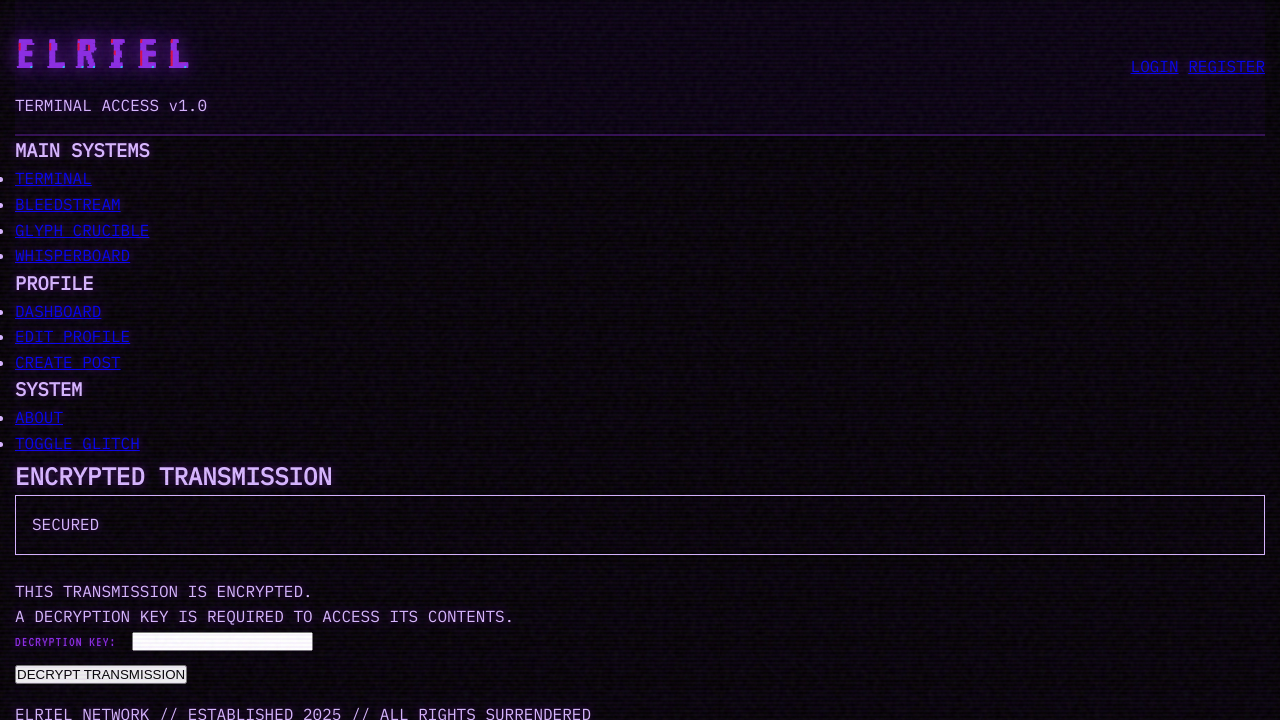
Repository: numbpill3d/elriel_1.0-forum
Page: views/feed/encrypted-post.html
These files come from the project's save history. The page is drawn as it stood at one moment and after the next save; the edit follows.
The browser window is 1280 px wide. The pictures show the whole page.
An inner scrolling area shows only its first screen. Some web fonts or font styles are not loaded; a fallback is used.

Above is the page before, as saved 2025-05-09 05:11:46.

### views/feed/encrypted-post.html
<!DOCTYPE html>
<html lang="en">
<head>
  <meta charset="UTF-8">
  <meta name="viewport" content="width=device-width, initial-scale=1.0">
  <title>ENCRYPTED POST | ELRIEL</title>
  <link rel="stylesheet" href="/css/main.css">
  <link rel="stylesheet" href="/css/glitch.css">
  <link rel="stylesheet" href="/css/feed.css">
  <script src="/js/glitch.js" defer></script>
</head>
<body class="terminal">
  <div class="noise-overlay"></div>
  <div class="scan-lines"></div>
  <div class="container">
    <header class="main-header">
      <div class="logo">
        <h1 class="glitch" data-text="ELRIEL">ELRIEL</h1>
        <div class="logo-subtitle">TERMINAL ACCESS v1.0</div>
      </div>
      <div class="user-panel">
        <div id="user-status">
          <!-- User status will be injected here -->
        </div>
      </div>
    </header>

    <div class="content-wrapper">
      <nav class="sidebar">
        <div class="nav-section">
          <h3 class="nav-title">MAIN SYSTEMS</h3>
          <ul class="nav-links">
            <li><a href="/">TERMINAL</a></li>
            <li><a href="/feed/bleedstream">BLEEDSTREAM</a></li>
            <li><a href="/glyph/crucible">GLYPH CRUCIBLE</a></li>
            <li><a href="/whisper/board">WHISPERBOARD</a></li>
          </ul>
        </div>
        <div class="nav-section">
          <h3 class="nav-title">PROFILE</h3>
          <ul class="nav-links">
            <li><a href="/profile">DASHBOARD</a></li>
            <li><a href="/profile/edit">EDIT PROFILE</a></li>
            <li><a href="/feed/new">CREATE POST</a></li>
          </ul>
        </div>
        <div class="nav-section">
          <h3 class="nav-title">SYSTEM</h3>
          <ul class="nav-links">
            <li><a href="/about">ABOUT</a></li>
            <li><a href="#" id="toggle-glitch">TOGGLE GLITCH</a></li>
          </ul>
        </div>
      </nav>

      <main class="main-content">
        <section class="encrypted-post-panel">
          <div class="panel-header">
            <h2>ENCRYPTED TRANSMISSION</h2>
            <div class="status-indicator alert">SECURED</div>
          </div>
          <div class="encrypted-post-content">
            <div class="section-title">THIS TRANSMISSION IS ENCRYPTED.</div>
            <div class="section-content">A DECRYPTION KEY IS REQUIRED TO ACCESS ITS CONTENTS.</div>

            <form id="decrypt-form">
              <div class="form-group">
                <label for="encryption-key">DECRYPTION KEY:</label>
                <input type="text" id="encryption-key" name="key" required>
              </div>
              <button type="submit">DECRYPT TRANSMISSION</button>
            </form>

            <div id="error-message" style="color: var(--terminal-red); margin-top: 1rem;"></div>
          </div>
        </section>
      </main>
    </div>

    <footer class="main-footer">
      <div class="footer-text">ELRIEL NETWORK // ESTABLISHED 2025 // ALL RIGHTS SURRENDERED</div>
      <div class="footer-glyphs">
        <span class="glyph">⌘</span>
        <span class="glyph">⍟</span>
        <span class="glyph">⎔</span>
      </div>
    </footer>
  </div>

  <script>
    // Inject data from server (only post ID is available here)
    const postId = '__POST_ID__';

    // Update user status in header (assuming user data is available globally or fetched)
    // This part might need adjustment based on how user session is handled on this specific page
    const userStatusEl = document.getElementById('user-status');
    // Placeholder for user status update - ideally, user data would be passed from the server
    userStatusEl.innerHTML = `
      <div class="logged-out">
        <a href="/auth/login" class="login-btn">LOGIN</a>
        <a href="/auth/register" class="register-btn">REGISTER</a>
      </div>
    `;

    // Handle decryption form submission
    document.getElementById('decrypt-form').addEventListener('submit', async (e) => {
      e.preventDefault();

      const encryptionKey = document.getElementById('encryption-key').value;
      const errorMessageEl = document.getElementById('error-message');
      errorMessageEl.textContent = '';

      try {
        const response = await fetch(`/feed/check-key/${postId}`, {
          method: 'POST',
          headers: {
            'Content-Type': 'application/json'
          },
          body: JSON.stringify({ key: encryptionKey })
        });

        const data = await response.json();

        if (data.success) {
          window.location.href = data.redirectUrl; // Redirect to the decrypted post
        } else {
          errorMessageEl.textContent = data.message || 'Decryption failed. Unknown error.';
        }
      } catch (error) {
        console.error('Decryption error:', error);
        errorMessageEl.textContent = 'System error. Could not connect to decryption server.';
      }
    });

    // Toggle glitch effects
    document.getElementById('toggle-glitch').addEventListener('click', function(e) {
      e.preventDefault();
      document.body.classList.toggle('glitch-active');
    });
  </script>
</body>
</html>

### public/css/glitch.css
/* Elriel - Glitch Effects CSS - Mystical Hacker Edition */
/* Styles for glitch and VHS-like effects */

/* Basic Glitch Effect for Text */
.glitch {
  position: relative;
  color: var(--terminal-green);
  text-shadow: 0 0 10px var(--glow-color);
  animation: glitch-skew 1s infinite linear alternate-reverse;
  font-family: var(--header-font);
}

.glitch::before,
.glitch::after {
  content: attr(data-text);
  position: absolute;
  top: 0;
  left: 0;
  width: 100%;
  height: 100%;
}

.glitch::before {
  left: 2px;
  text-shadow: -2px 0 rgba(255, 0, 0, 0.7);
  animation: glitch-anim-1 2s infinite linear alternate-reverse;
  clip-path: polygon(0 0, 100% 0, 100% 35%, 0 35%, 0 45%, 100% 45%, 100% 85%, 0 85%, 0 100%, 100% 100%);
}

.glitch::after {
  left: -2px;
  text-shadow: 2px 0 rgba(0, 255, 255, 0.7);
  animation: glitch-anim-2 2s infinite linear alternate-reverse;
  clip-path: polygon(0 15%, 100% 15%, 100% 30%, 0 30%, 0 65%, 100% 65%, 100% 80%, 0 80%);
}

@keyframes glitch-anim-1 {
  0% {
    transform: translate(0);
  }
  20% {
    transform: translate(-5px, 5px);
  }
  40% {
    transform: translate(-5px, -5px);
  }
  60% {
    transform: translate(5px, 5px);
  }
  80% {
    transform: translate(5px, -5px);
  }
  to {
    transform: translate(0);
  }
}

@keyframes glitch-anim-2 {
  0% {
    transform: translate(0);
  }
  20% {
    transform: translate(5px, 5px);
  }
  40% {
    transform: translate(5px, -5px);
  }
  60% {
    transform: translate(-5px, 5px);
  }
  80% {
    transform: translate(-5px, -5px);
  }
  to {
    transform: translate(0);
  }
}

@keyframes glitch-skew {
  0% {
    transform: skew(0deg);
  }
  10% {
    transform: skew(0deg);
  }
  11% {
    transform: skew(5deg);
  }
  12% {
    transform: skew(0deg);
  }
  20% {
    transform: skew(0deg);
  }
  21% {
    transform: skew(-5deg);
  }
  22% {
    transform: skew(0deg);
  }
  100% {
    transform: skew(0deg);
  }
}

/* Glitch Image */
.glitch-image {
  position: relative;
  width: 100%;
  height: 100%;
  overflow: hidden;
}

.glitch-image::before,
.glitch-image::after {
  content: '';
  position: absolute;
  top: 0;
  left: 0;
  width: 100%;
  height: 100%;
  background-size: cover;
  background-position: center;
  background-image: inherit;
  z-index: 1;
  opacity: 0.8;
  mix-blend-mode: hard-light;
}

.glitch-image::before {
  transform: translateX(-10px);
  animation: glitch-img-1 2.5s infinite linear alternate;
  clip-path: polygon(0 0, 100% 0, 100% 33%, 0 33%, 0 66%, 100% 66%, 100% 100%, 0 100%);
  background-color: rgba(255, 0, 0, 0.1);
}

.glitch-image::after {
  transform: translateX(10px);
  animation: glitch-img-2 3s infinite linear alternate-reverse;
  clip-path: polygon(0 33%, 100% 33%, 100% 66%, 0 66%);
  background-color: rgba(0, 255, 255, 0.1);
}

@keyframes glitch-img-1 {
  0% {
    transform: translateX(0);
    filter: brightness(1);
  }
  40% {
    transform: translateX(-10px);
    filter: brightness(1.1) contrast(1.2);
  }
  60% {
    transform: translateX(10px);
    filter: brightness(0.9) contrast(1.1);
  }
  100% {
    transform: translateX(0);
    filter: brightness(1);
  }
}

@keyframes glitch-img-2 {
  0% {
    transform: translateX(0);
    filter: brightness(1);
  }
  40% {
    transform: translateX(-8px);
    filter: brightness(1.2) contrast(0.8);
  }
  60% {
    transform: translateX(8px);
    filter: brightness(0.8) contrast(1.2);
  }
  100% {
    transform: translateX(0);
    filter: brightness(1);
  }
}

/* Enhanced VHS Effects */
.glitch-active .noise-overlay {
  opacity: 0.05;
  background-image: url("data:[embedded picture, 304 characters]");
  z-index: 1000;
}

.glitch-active .scan-lines {
  background: linear-gradient(
    to bottom,
    rgba(255, 0, 0, 0) 50%,
    rgba(255, 0, 0, 0.08) 50%
  );
  background-size: 100% 4px;
  z-index: 1001;
}

.glitch-active .terminal {
  animation: glitch-background 0.5s infinite;
}

@keyframes glitch-background {
  0% {
    background-color: var(--terminal-bg);
  }
  98.5% {
    background-color: var(--terminal-bg);
  }
  99% {
    background-color: rgba(50, 0, 0, 0.7);
  }
  100% {
    background-color: var(--terminal-bg);
  }
}

/* VHS Tracking Lines */
.glitch-active .main-content::before {
  content: '';
  position: absolute;
  top: 0;
  left: 0;
  width: 100%;
  height: 100%;
  background: linear-gradient(
    transparent 98%,
    rgba(255, 0, 0, 0.5) 99%,
    transparent 100%
  );
  animation: tracking-glitch 10s infinite;
  pointer-events: none;
  z-index: 99;
}

@keyframes tracking-glitch {
  0% {
    transform: translateY(0);
    opacity: 0;
  }
  10% {
    transform: translateY(0);
    opacity: 0;
  }
  10.5% {
    transform: translateY(-10px);
    opacity: 0.7;
  }
  12% {
    transform: translateY(50px);
    opacity: 0.5;
  }
  15% {
    transform: translateY(100vh);
    opacity: 0;
  }
  100% {
    transform: translateY(100vh);
    opacity: 0;
  }
}

/* Glitched text blur */
.glitch-active .panel-header h2,
.glitch-active .section-title,
.glitch-active .nav-title {
  animation: text-corrupt 3s infinite;
}

@keyframes text-corrupt {
  0%, 100% {
    transform: skew(0deg);
    letter-spacing: normal;
    text-shadow: 0 0 5px var(--glow-color);
  }
  25% {
    transform: skew(2deg);
    letter-spacing: 2px;
    text-shadow: -2px 0 5px var(--glow-color), 2px 2px 5px rgba(0, 200, 255, 0.5);
  }
  75% {
    transform: skew(-2deg);
    letter-spacing: -1px;
    text-shadow: 1px -1px 5px var(--glow-color), -1px 1px 5px rgba(255, 0, 255, 0.5);
  }
}

/* Color shift effect */
.glitch-active img,
.glitch-active .profile-view-avatar,
.glitch-active .forum-item,
.glitch-active .topic-item {
  animation: color-shift 8s infinite;
}

@keyframes color-shift {
  0%, 100% {
    filter: none;
  }
  30% {
    filter: hue-rotate(340deg) saturate(150%);
  }
  60% {
    filter: hue-rotate(20deg) saturate(90%);
  }
}

/* Occasional screen "jitter" */
.glitch-active .container {
  animation: jitter 15s infinite;
}

@keyframes jitter {
  0%, 100% {
    transform: translate(0, 0);
  }
  99% {
    transform: translate(0, 0);
  }
  99.5% {
    transform: translate(-10px, 5px);
  }
  99.6% {
    transform: translate(10px, -5px);
  }
  99.7% {
    transform: translate(-5px, -10px);
  }
  99.8% {
    transform: translate(0, 0);
  }
}

/* VHS pause effect */
.glitch-active .main-content::after {
  content: '';
  position: absolute;
  top: 0;
  left: 0;
  width: 100%;
  height: 3px;
  background-color: rgba(255, 255, 255, 0.5);
  opacity: 0;
  animation: vhs-pause 12s infinite;
  pointer-events: none;
  z-index: 100;
}

@keyframes vhs-pause {
  0%, 100% {
    opacity: 0;
    transform: translateY(-10px);
  }
  98% {
    opacity: 0;
    transform: translateY(-10px);
  }
  98.1% {
    opacity: 0.8;
    transform: translateY(40%);
  }
  98.5% {
    opacity: 0.8;
    transform: translateY(40%);
  }
  98.6% {
    opacity: 0;
    transform: translateY(40%);
  }
}

/* Digital distortion */
.digital-distort {
  animation: digital-distort 0.2s steps(2) infinite;
}

@keyframes digital-distort {
  0% {
    transform: translate(0);
  }
  25% {
    transform: translate(1px, -1px);
    opacity: 0.9;
  }
  50% {
    transform: translate(-1px, 1px);
    opacity: 1;
  }
  75% {
    transform: translate(1px, 1px);
    opacity: 0.9;
  }
  100% {
    transform: translate(0);
    opacity: 1;
  }
}

/* CRT power off effect */
.power-off {
  animation: power-off 1.5s forwards;
}

@keyframes power-off {
  0% {
    transform: scale(1);
    opacity: 1;
    filter: brightness(1);
  }
  40% {
    transform: scale(1.01);
    opacity: 1;
    filter: brightness(1.2) contrast(1.2);
  }
  75% {
    transform: scale(0.8);
    opacity: 0.8;
    filter: brightness(0.5) contrast(0.5);
  }
  100% {
    transform: scale(0.01);
    opacity: 0;
    filter: brightness(0) contrast(0);
  }
}

/* Magnetic interference */
.magnetic-interference {
  position: absolute;
  top: 0;
  left: 0;
  width: 100%;
  height: 100%;
  pointer-events: none;
  background: radial-gradient(
    circle at center,
    transparent 0%,
    rgba(255, 0, 0, 0.1) 40%,
    transparent 70%
  );
  opacity: 0;
  z-index: 500;
  mix-blend-mode: overlay;
  animation: magnetic-wave 10s infinite;
}

@keyframes magnetic-wave {
  0%, 100% {
    opacity: 0;
    transform: scale(0.5);
  }
  50% {
    opacity: 0;
    transform: scale(0.5);
  }
  51% {
    opacity: 0.7;
    transform: scale(0.5);
  }
  58% {
    opacity: 0.7;
    transform: scale(3);
  }
  65% {
    opacity: 0;
    transform: scale(3);
  }
}

/* Glitch blocks */
.glitch-block {
  position: absolute;
  background-color: rgba(255, 0, 0, 0.5);
  top: 0;
  left: 0;
  width: 10px;
  height: 10px;
  z-index: 1000;
  opacity: 0;
  mix-blend-mode: hard-light;
  animation: glitch-block 12s infinite;
}

.glitch-block:nth-child(2) {
  background-color: rgba(0, 255, 255, 0.5);
  animation-delay: 4s;
}

.glitch-block:nth-child(3) {
  background-color: rgba(255, 255, 0, 0.5);
  animation-delay: 8s;
}

@keyframes glitch-block {
  0%, 100% {
    opacity: 0;
    transform: translate(0, 0);
  }
  98.5% {
    opacity: 0;
    transform: translate(0, 0);
  }
  99% {
    opacity: 0.8;
    transform: translate(100px, 50px);
    width: 150px;
    height: 15px;
  }
  99.5% {
    opacity: 0;
    transform: translate(200px, 100px);
  }
}

/* Damaged tape effect */
.glitch-active .section-content::before {
  content: '';
  position: absolute;
  top: 0;
  left: 0;
  width: 100%;
  height: 100%;
  background: linear-gradient(
    90deg,
    transparent 0%,
    transparent 98%,
    rgba(255, 0, 0, 0.2) 98%,
    rgba(255, 0, 0, 0.2) 100%
  );
  background-size: 200% 100%;
  pointer-events: none;
  animation: damage-scroll 15s linear infinite;
  z-index: 2;
  opacity: 0.3;
}

@keyframes damage-scroll {
  0% {
    background-position: 200% 0;
  }
  100% {
    background-position: 0 0;
  }
}

/* Blood-like dripping effect for our red theme */
.blood-drip {
  position: relative;
  overflow: visible;
}

.blood-drip::after {
  content: '';
  position: absolute;
  top: 100%;
  left: calc(50% - 2px);
  width: 4px;
  height: 20px;
  background: linear-gradient(to bottom, var(--terminal-green), transparent);
  animation: blood-drip 4s infinite;
  z-index: 10;
}

@keyframes blood-drip {
  0% {
    height: 0;
    opacity: 0;
  }
  10% {
    height: 0;
    opacity: 1;
  }
  90% {
    height: 20px;
    opacity: 1;
  }
  100% {
    height: 20px;
    opacity: 0;
  }
}

/* Mystical flickering text */
.mystical-flicker {
  animation: mystical-flicker 3s infinite;
}

@keyframes mystical-flicker {
  0%, 100% {
    opacity: 1;
    text-shadow: 0 0 5px var(--glow-color);
  }
  25% {
    opacity: 0.8;
    text-shadow: 0 0 15px var(--glow-color);
  }
  26% {
    opacity: 1;
    text-shadow: 0 0 5px var(--glow-color);
  }
  29% {
    opacity: 0.9;
    text-shadow: 0 0 10px var(--glow-color);
  }
  30% {
    opacity: 1;
    text-shadow: 0 0 5px var(--glow-color);
  }
  80% {
    opacity: 1;
    text-shadow: 0 0 5px var(--glow-color);
  }
  85% {
    opacity: 0.8;
    text-shadow: 0 0 10px var(--glow-color);
  }
  87% {
    opacity: 1;
    text-shadow: 0 0 5px var(--glow-color);
  }
}

/* Bad reception static */
.static-overlay {
  position: fixed;
  top: 0;
  left: 0;
  width: 100%;
  height: 100%;
  background-image: url("data:[embedded picture, 292 characters]");
  pointer-events: none;
  opacity: 0;
  z-index: 1050;
  mix-blend-mode: overlay;
}

.glitch-active .static-overlay {
  opacity: 0.1;
  animation: static-flash 10s infinite;
}

@keyframes static-flash {
  0%, 100% {
    opacity: 0.03;
  }
  99% {
    opacity: 0.03;
  }
  99.5% {
    opacity: 0.2;
  }
  99.7% {
    opacity: 0.03;
  }
}

Loaded but not shown: public/js/glitch.js (234 lines, source omitted); public/css/feed.css (1177 lines, source omitted); public/css/main.css (643 lines, source omitted)

After the next save:
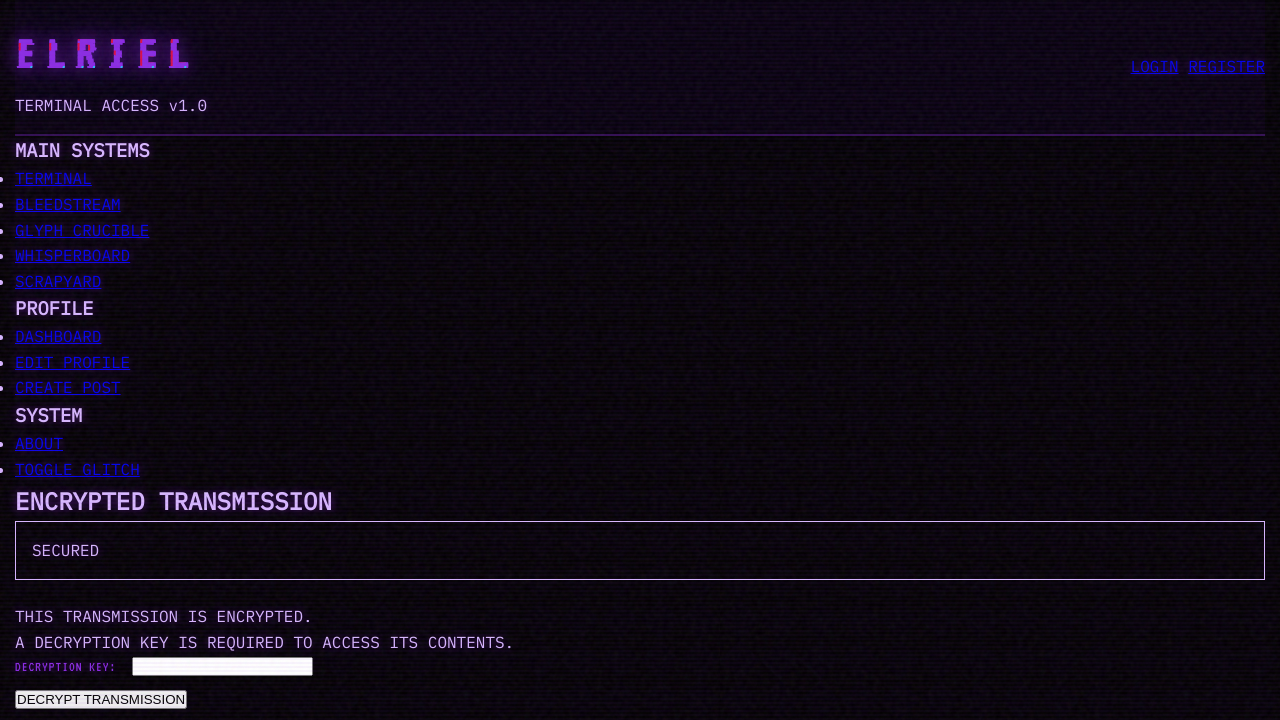
Saved 74 s later.
--- a/views/feed/encrypted-post.html
+++ b/views/feed/encrypted-post.html
@@ -34,6 +34,7 @@
             <li><a href="/feed/bleedstream">BLEEDSTREAM</a></li>
             <li><a href="/glyph/crucible">GLYPH CRUCIBLE</a></li>
             <li><a href="/whisper/board">WHISPERBOARD</a></li>
+            <li><a href="/forum/scrapyard">SCRAPYARD</a></li>
           </ul>
         </div>
         <div class="nav-section">
